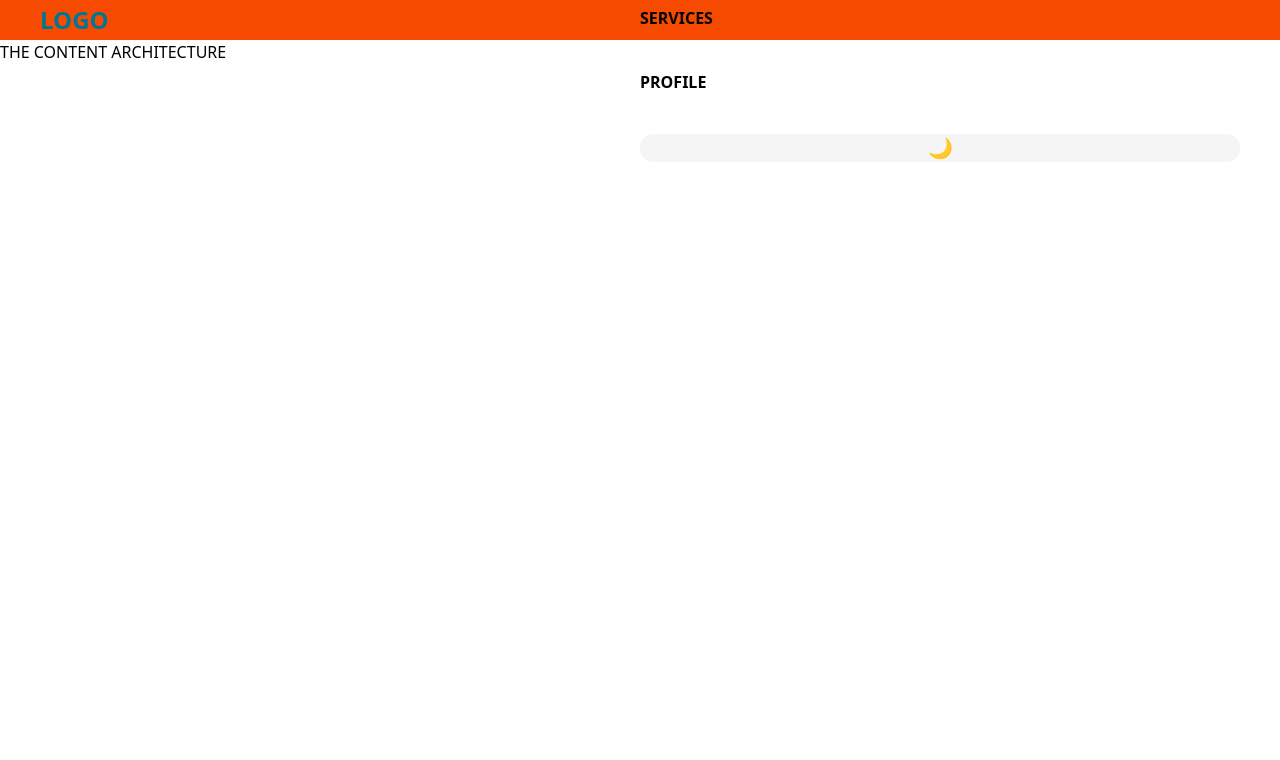
Repository: ajay-maurya-dev/Login
Page: /
The author's editor kept a copy of each file at every save. The page is drawn from the files as they stood at one save, then again after the next save.
The browser window is 1280 px wide. The pictures show the whole page.
The project was rebuilt for these pictures with package versions that can differ from the ones it lists, and the page was loaded fresh each time. Also part of the build but not shown: vite.config.js.

Above is the page before, as saved 2026-10-23 23:46:29.

### index.html
<!doctype html>
<html lang="en">
  <head>
    <meta charset="UTF-8" />
    <link rel="icon" type="image/svg+xml" href="/favicon.svg" />
    <meta name="viewport" content="width=device-width, initial-scale=1.0" />
    <title>homepage</title>
  </head>
  <body>
    <div id="root"></div>
    <script type="module" src="/src/main.jsx"></script>
  </body>
</html>

### src/main.jsx
import { StrictMode } from 'react'
import { createRoot } from 'react-dom/client'
import './index.css'
import App from './App.jsx'
import Navbar from './components/Navbar.jsx'

createRoot(document.getElementById('root')).render(
  <StrictMode>
    <Navbar/>
    <App />
  </StrictMode>,
)

### src/App.jsx
function App() {
  return (
    <div className="h-screen w-screen dark:bg-black dark:text-white">

      <footer>
        <h1>THE CONTENT ARCHITECTURE</h1>
      </footer>
    </div>
  );
}

export default App;

### src/components/Navbar.jsx

import Dark from "./Dark";

function Navbar() {


  return (
    <nav className="flex md:flex-row md:items-center md:h-10 md:w-full px-10 dark:bg-black dark:text-white md:bg-orange-600 sm:h-1/2 sm:flex-col sm:w-4/7 sm:items-start sm:bg-amber-600">
      <div className=" flex-1 text-2xl text-cyan-700 font-extrabold">LOGO</div>
      <div className="flex flex-1 gap-10 test-2xl font-bold md:fe sm:flex-col ">
        <h3 className="cursor-pointer hover:text-cyan-500 active:scale-95 ">
          HOME
        </h3>
        <h3 className="cursor-pointer hover:text-cyan-500 active:scale-95">
          ABOUT
        </h3>
        <h3 className="cursor-pointer hover:text-cyan-500 active:scale-95">
          SERVICES
        </h3>
        <h3 className="cursor-pointer hover:text-cyan-500 active:scale-95">
          PROFILE
        </h3>
        <Dark/>
      </div>
    </nav>
  );
}

export default Navbar;

### src/components/Dark.jsx
import { useState, useEffect } from "react";

export default function Dark() {
  const [isDark, setIsDark] = useState(false);

  // Sync the true/false state to the HTML document tag
  useEffect(() => {
    const root = window.document.documentElement;
    if (isDark) {
      root.classList.add("dark");
    } else {
      root.classList.remove("dark");
    }
  }, [isDark]);

  return (
    <button
      className="px-1 text-xl rounded-full bg-neutral-100 dark:bg-neutral-800 transition-colors duration-200"
      onClick={() => setIsDark((prev) => !prev)}
    >
      {isDark ? "☀️" : "🌙"}
    </button>
  );
}

Loaded but not shown: src/index.css (common file)

After the next save:
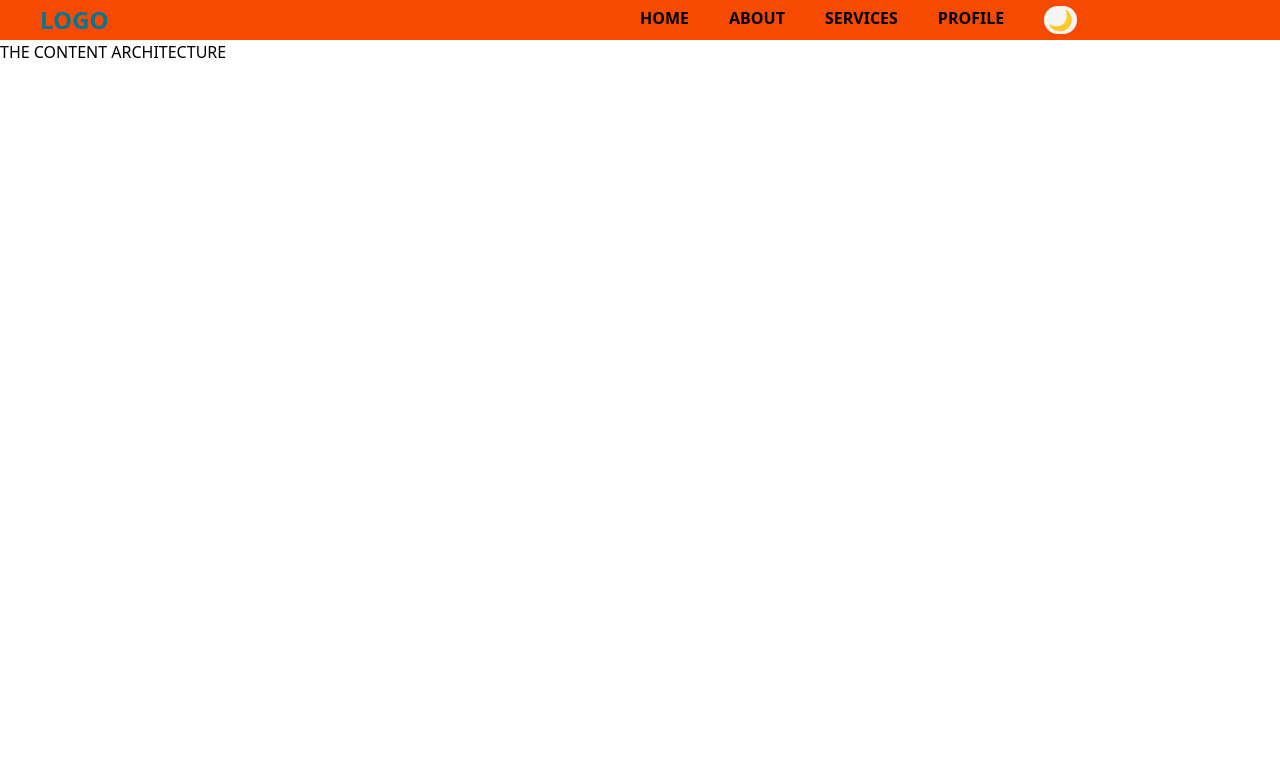
Saved 8 s later.
--- a/src/components/Navbar.jsx
+++ b/src/components/Navbar.jsx
@@ -7,7 +7,7 @@ function Navbar() {
   return (
     <nav className="flex md:flex-row md:items-center md:h-10 md:w-full px-10 dark:bg-black dark:text-white md:bg-orange-600 sm:h-1/2 sm:flex-col sm:w-4/7 sm:items-start sm:bg-amber-600">
       <div className=" flex-1 text-2xl text-cyan-700 font-extrabold">LOGO</div>
-      <div className="flex flex-1 gap-10 test-2xl font-bold md:fe sm:flex-col ">
+      <div className="flex flex-1 gap-10 test-2xl font-bold md:flex-row sm:flex-col ">
         <h3 className="cursor-pointer hover:text-cyan-500 active:scale-95 ">
           HOME
         </h3>
